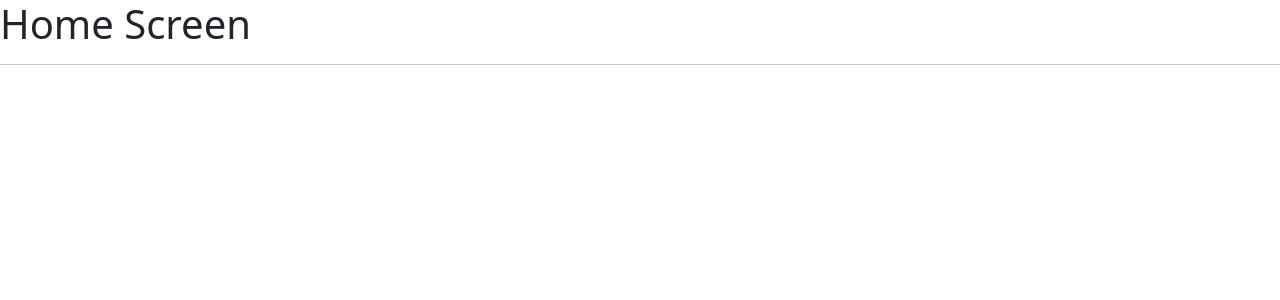
Repository: ppfeliuu/hooks-app
Page: /
The author's editor kept a copy of each file at every save. The page is drawn from the files as they stood at one save, then again after the next save.
The browser window is 1280 px wide. The pictures show the whole page.
The project was rebuilt for these pictures with package versions that can differ from the ones it lists, and the page was loaded fresh each time. A package was used in the major version that the imports need, not the one package.json lists. Also part of the build but not shown: src/components/09-useContext/AboutScreen.js, src/components/09-useContext/LoginScreen.js.

Above is the page before, as saved 2021-05-30 13:50:31.

After the next save:
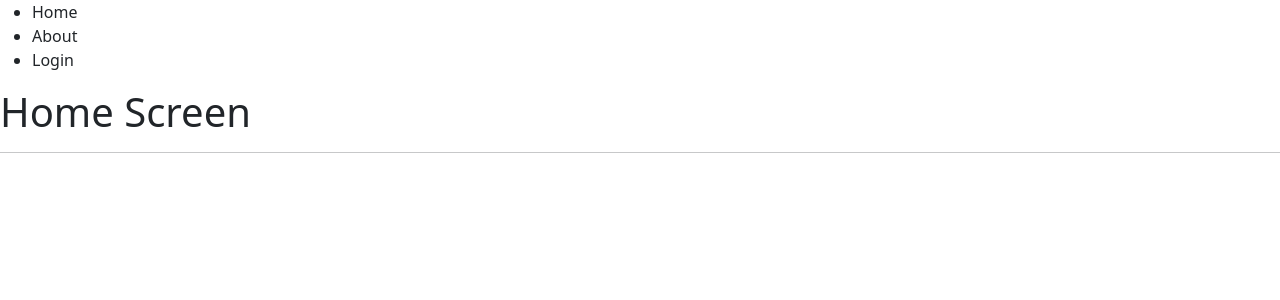
Saved 28 s later.
--- a/src/components/09-useContext/AppRouter.js
+++ b/src/components/09-useContext/AppRouter.js
@@ -3,11 +3,13 @@ import { BrowserRouter as Router, Switch, Route, Link } from "react-router-dom";
 import { AboutScreen } from "./AboutScreen";
 import { LoginScreen } from "./LoginScreen";
 import { HomeScreen } from "./HomeScreen";
+import { NavBar } from "./NavBar";
 
 export const AppRouter = () => {
   return (
     <Router>
       <div>
+        <NavBar />
         <Switch>
           <Route path="/" exact component={HomeScreen} />
           <Route path="/about" component={AboutScreen} />
